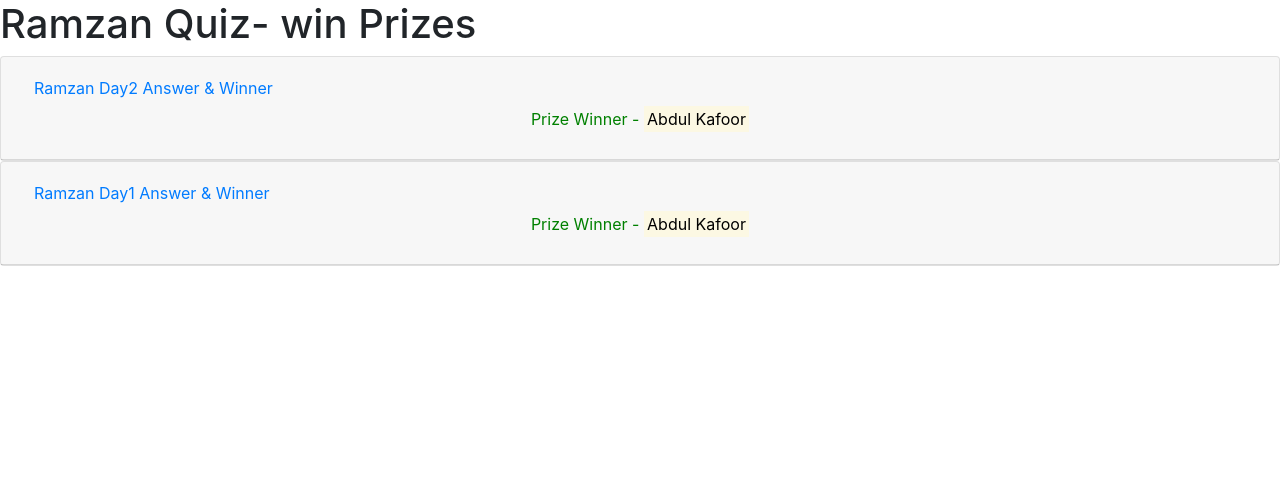
Repository: rsusolutions/RSU-Website
Page: quiz/results.html
These files come from the project's save history. The page is drawn as it stood at one moment and after the next save; the edit follows.
The browser window is 1280 px wide. The pictures show the whole page.
Some web libraries are served in a nearby version.

Above is the page before, as saved 2020-04-21 21:03:52.

### quiz/results.html
<!doctype html>
<html lang="en">
  <head>
    <!-- Required meta tags -->
    <meta charset="utf-8">
    <meta name="viewport" content="width=device-width, initial-scale=1, shrink-to-fit=no">

    <!-- Bootstrap CSS -->
    <link rel="stylesheet" href="https://maxcdn.bootstrapcdn.com/bootstrap/4.0.0/css/bootstrap.min.css" integrity="sha384-Gn5384xqQ1aoWXA+058RXPxPg6fy4IWvTNh0E263XmFcJlSAwiGgFAW/dAiS6JXm" crossorigin="anonymous">
    <link rel="stylesheet" href="style.css">
    <script src="script.js"></script>

    <title>quiz</title>
  </head>
  <body>
    <h1>Ramzan Quiz- win Prizes</h1>

    <div id="accordion">

  <div class="card">
    <div class="card-header" id="headingTwo">
      <h5 class="mb-0">
        <button class="btn btn-link collapsed" data-toggle="collapse" data-target="#collapseTwo" aria-expanded="true" aria-controls="collapseTwo">
          Ramzan Day2 Answer & Winner
        </button>

      </h5>
      <p style="color: green; text-align: center;">Prize Winner - <mark>Abdul Kafoor </p>
    </div>
    <div id="collapseTwo" class="collapse" aria-labelledby="headingTwo" data-parent="#accordion">
      <div class="card-body">
       <div class="card" style="">
          <p></mark></p>
          <div class="card-body">
            <h5 class="card-title">1. Question 1</h5>
            <p class="card-text"><span>&#9989;</span> A) Some quick example text to build on the card title and make up the bulk of the card's content.</p>
            <p class="card-text">B) Some quick example text to build on the card title and make up the bulk of the card's content.</p>
            <p class="card-text">C) Some quick example text to build on the card title and make up the bulk of the card's content.</p>
            <p class="card-text">D) Some quick example text to build on the card title and make up the bulk of the card's content.</p>

            <div class="card-header">
    Correct Answers
  </div>
  <ul class="list-group list-group-flush">
    <li class="list-group-item">Kafoor</li>
    <li class="list-group-item">Abdul</li>
    <li class="list-group-item">abdul</li>
  </ul>
          </div>
        </div>
      </div>
    </div>
  </div>
  <div class="card">
    <div class="card-header" id="headingThree">
      <h5 class="mb-0">
        <button class="btn btn-link collapsed" data-toggle="collapse" data-target="#collapseTwo" aria-expanded="false" aria-controls="collapseTwo">
          Ramzan Day1 Answer & Winner
        </button>

      </h5>
      <p style="color: green; text-align: center;">Prize Winner - <mark>Abdul Kafoor </p>
    </div>
    <div id="collapseThree" class="collapse" aria-labelledby="headingThree" data-parent="#accordion">
      <div class="card-body">
        <div class="card" style="">
          <p></mark></p>
          <div class="card-body">
            <h5 class="card-title">1. Question 1</h5>
            <p class="card-text"><span>&#9989;</span> A) Some quick example text to build on the card title and make up the bulk of the card's content.</p>
            <p class="card-text">B) Some quick example text to build on the card title and make up the bulk of the card's content.</p>
            <p class="card-text">C) Some quick example text to build on the card title and make up the bulk of the card's content.</p>
            <p class="card-text">D) Some quick example text to build on the card title and make up the bulk of the card's content.</p>
          </div>
        </div>
      </div>
    </div>
  </div>
</div>



    <!-- Optional JavaScript -->
    <!-- jQuery first, then Popper.js, then Bootstrap JS -->
    <script src="https://code.jquery.com/jquery-3.2.1.slim.min.js" integrity="sha384-KJ3o2DKtIkvYIK3UENzmM7KCkRr/rE9/Qpg6aAZGJwFDMVNA/GpGFF93hXpG5KkN" crossorigin="anonymous"></script>
    <script src="https://cdnjs.cloudflare.com/ajax/libs/popper.js/1.12.9/umd/popper.min.js" integrity="sha384-ApNbgh9B+Y1QKtv3Rn7W3mgPxhU9K/ScQsAP7hUibX39j7fakFPskvXusvfa0b4Q" crossorigin="anonymous"></script>
    <script src="https://maxcdn.bootstrapcdn.com/bootstrap/4.0.0/js/bootstrap.min.js" integrity="sha384-JZR6Spejh4U02d8jOt6vLEHfe/JQGiRRSQQxSfFWpi1MquVdAyjUar5+76PVCmYl" crossorigin="anonymous"></script>
  </body>
</html>

### quiz/style.css
@import url(https://fonts.googleapis.com/css?family=Lato:100,400);
/* #the-final-countdown {
  background: #333;
  font-family: 'Lato', sans-serif;
  text-align: center;
  color: #eee;
  text-shadow: 1px 1px 5px black;
  padding: 1rem 0;
  font-size: 3rem;
  border: 1px solid #000;
} */

### quiz/script.js
setInterval(function time() {
    var d = new Date();
    var hours = 18 - d.getHours();
    var min = 60 - d.getMinutes();
    if ((min + "").length == 1) {
        min = "0" + min;
    }
    var sec = 60 - d.getSeconds();
    if ((sec + "").length == 1) {
        sec = "0" + sec;
    }
    if(hours<0||min<0||sec<0){
        jQuery("#the-final-countdown").text("Time Up");
    }
    else{

        jQuery("#the-final-countdown").text("Time Left "+hours + ":" + min + ":" + sec);
    }
}, 1000);

After the next save:
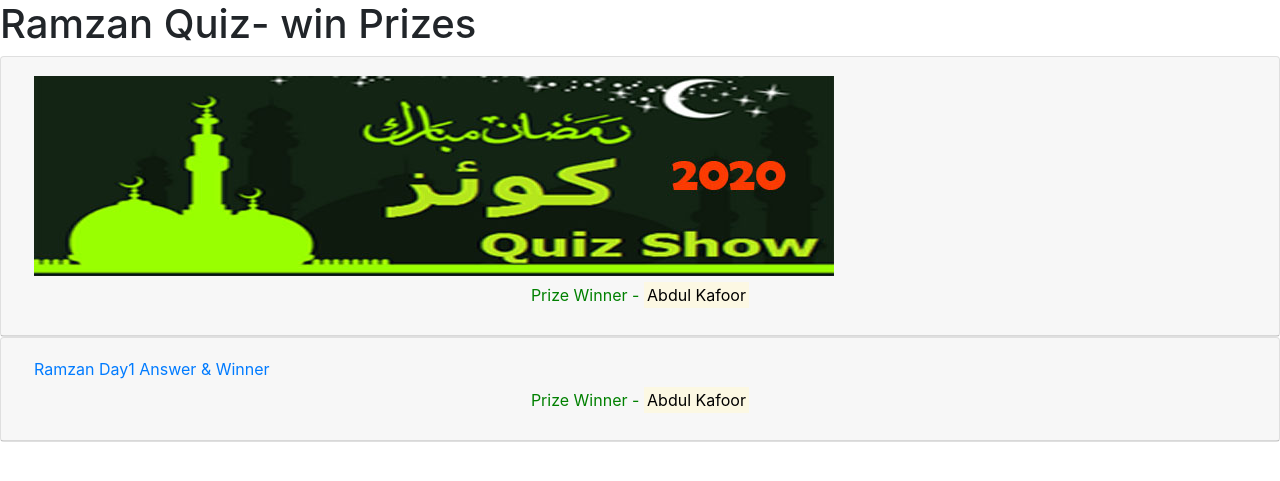
Saved 4 min 6 s later.
--- a/quiz/results.html
+++ b/quiz/results.html
@@ -21,7 +21,7 @@
     <div class="card-header" id="headingTwo">
       <h5 class="mb-0">
         <button class="btn btn-link collapsed" data-toggle="collapse" data-target="#collapseTwo" aria-expanded="true" aria-controls="collapseTwo">
-          Ramzan Day2 Answer & Winner
+          <img src="img/quiz-ban.jpg" alt="">
         </button>
 
       </h5>
